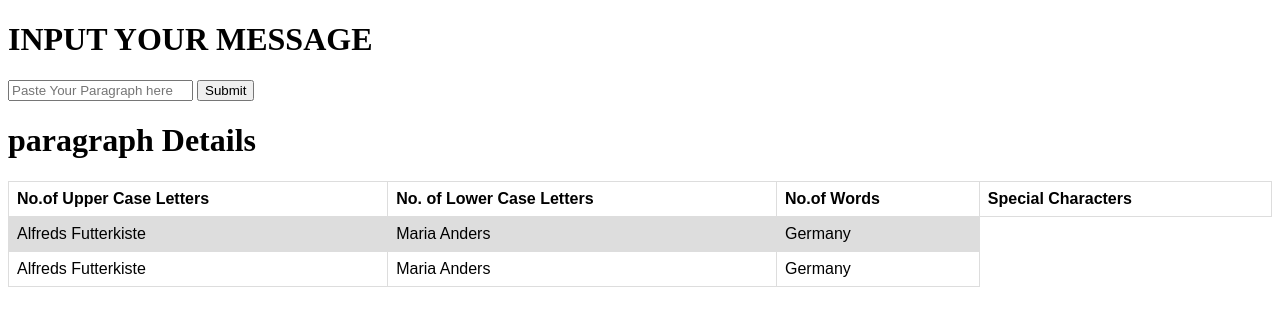
Repository: SharonSebastian32/Paragraph_management_application
Page: index.html
These files come from the project's save history. The page is drawn as it stood at one moment and after a run of saves; the edit follows.
The browser window is 1280 px wide. The pictures show the whole page.

Above is the page before, as saved 2024-08-22 14:33:43.

After the next 2 saves:
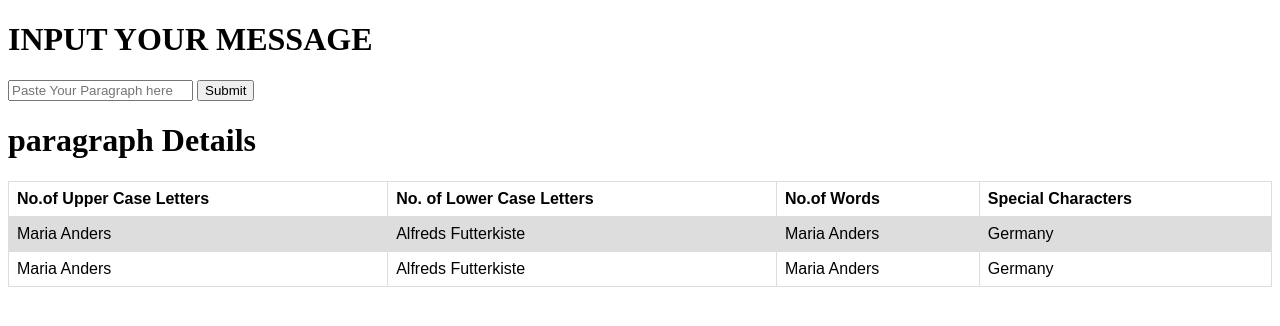
The 2 saves are shown as one change because they came seconds apart.
The last was saved 22 s later.
--- a/index.html
+++ b/index.html
@@ -4,7 +4,7 @@
     <meta charset="UTF-8" />
     <meta name="viewport" content="width=device-width, initial-scale=1.0" />
     <title>Document</title>
-    <link rel="stylesheet" href="./Style.css">
+    <link rel="stylesheet" href="./Style.css" />
   </head>
   <body>
     <div class="container">
@@ -27,11 +27,13 @@
           <th>Special Characters</th>
         </tr>
         <tr>
+          <td>Maria Anders</td>
           <td>Alfreds Futterkiste</td>
           <td>Maria Anders</td>
           <td>Germany</td>
         </tr>
         <tr>
+          <td>Maria Anders</td>
           <td>Alfreds Futterkiste</td>
           <td>Maria Anders</td>
           <td>Germany</td>
